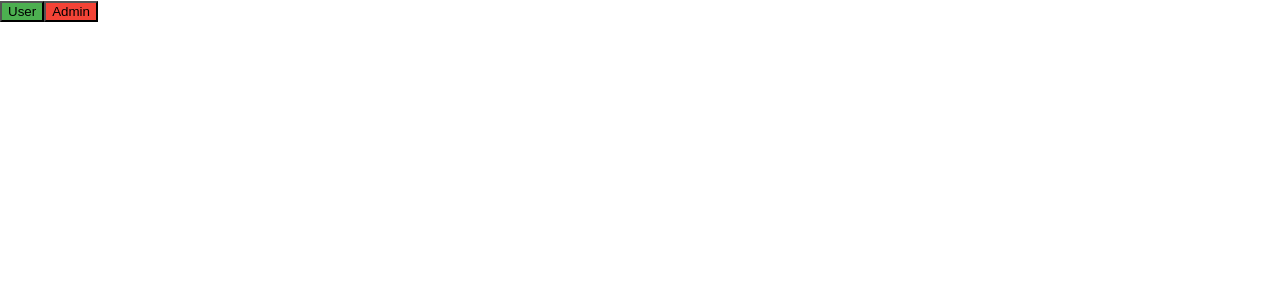
Repository: User826/Recipe
Page: /useradmin (app in recipe_project/)
These files come from the project's save history. The page is drawn as it stood at one moment and after a run of saves; the edit follows.
The browser window is 1280 px wide. The pictures show the whole page.
The project was rebuilt for these pictures with package versions that can differ from the ones it lists, and the page was loaded fresh each time. The framework's server and built-in components were replaced by stand-ins that run in the browser. Also part of the build but not shown: recipe_project/next.config.js, recipe_project/pages/users.module.css, recipe_project/components/users.js.

Above is the page before, as saved 2022-12-05 19:01:00.

### recipe_project/pages/useradmin.js
import { useState } from "react";
import {UserButton, AdminButton} from "../components/websitebuttons"
import Post from "../components/users"



export default function Useradmin() {
    const [isLoggedIn, setIsLoggedIn] = useState("");

    function handleLoginClick() {
        //this.setState({isLoggedIn: true});
        setIsLoggedIn("user")
      };

    function handleLogoutClick() {
        //this.setState({isLoggedIn: false});
        setIsLoggedIn("admin")
      }


    const isLoggedInVariable = isLoggedIn;
    let button;

    // if (isLoggedInVariable) {
    //     button = <LogoutButton onClick={handleLogoutClick} />;
    // } else {
    //     button = <LoginButton onClick={handleLoginClick} />;
    // }

    console.log(isLoggedInVariable)

    if (isLoggedInVariable == ""){
        return <div>
        {/* <Post></Post> */}
        <UserButton onClick ={handleLoginClick}/>
        <AdminButton onClick = {handleLogoutClick}/>

    </div>
    }
    else if (isLoggedInVariable == "user"){
        return <div>
                    <p>You are a user!</p>
                    <p>Or are you an admin?<AdminButton onClick = {handleLogoutClick}> </AdminButton></p>
                </div>

                // <UserButton onClick = {handleLoginCLick}> </UserButton>

    }
    else if (isLoggedInVariable == "admin"){
        return  <div>
                    <p>You are an admin!</p>
                    <p>Or are you a user? <UserButton onClick = {handleLoginClick}> </UserButton></p>
                </div>

    }

    // return <div>
    //     {/* <Post></Post> */}
    //     <UserButton onClick ={handleLoginClick}/>
    //     <AdminButton onClick = {handleLoginClick}/>

    // </div>
  }

### recipe_project/components/websitebuttons.js
import styles from "../pages/useradmin.module.css"

function UserButton(props) {
    return (
      <button className = {styles.user} onClick={props.onClick}>
        User
      </button>
    );
  }

  function AdminButton(props) {
    return (
      <button className = {styles.admin} onClick={props.onClick}>
        Admin
      </button>
    );
  }

  export {UserButton, AdminButton}

### recipe_project/pages/useradmin.module.css
.user{
  background-color: #4CAF50;
}

.admin{
  background-color: #f44336;
}

Loaded but not shown: recipe_project/pages/_app.js (common file); recipe_project/styles/globals.css (common file)

After the next 2 saves:
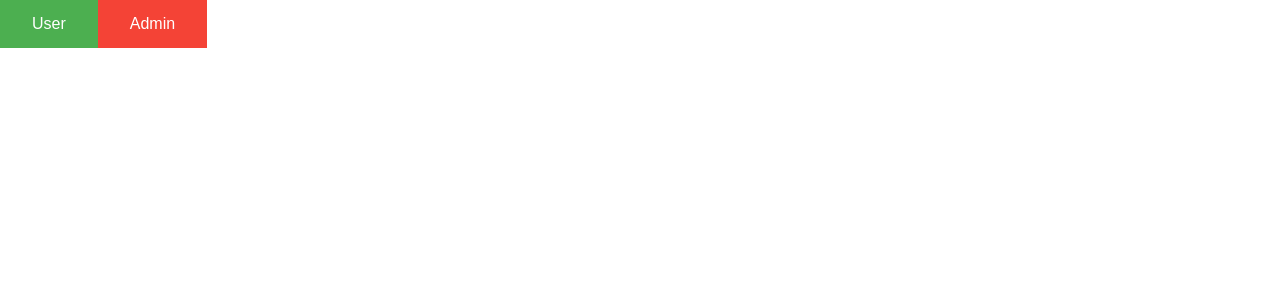
The 2 saves are shown as one change because they came seconds apart.
The last was saved 2 min 12 s later.
--- a/recipe_project/pages/useradmin.module.css
+++ b/recipe_project/pages/useradmin.module.css
@@ -1,7 +1,21 @@
 .user{
   background-color: #4CAF50;
+  border: none;
+  color: white;
+  padding: 15px 32px;
+  text-align: center;
+  text-decoration: none;
+  display: inline-block;
+  font-size: 16px;
 }
 
 .admin{
   background-color: #f44336;
+  border: none;
+  color: white;
+  padding: 15px 32px;
+  text-align: center;
+  text-decoration: none;
+  display: inline-block;
+  font-size: 16px;
 }
